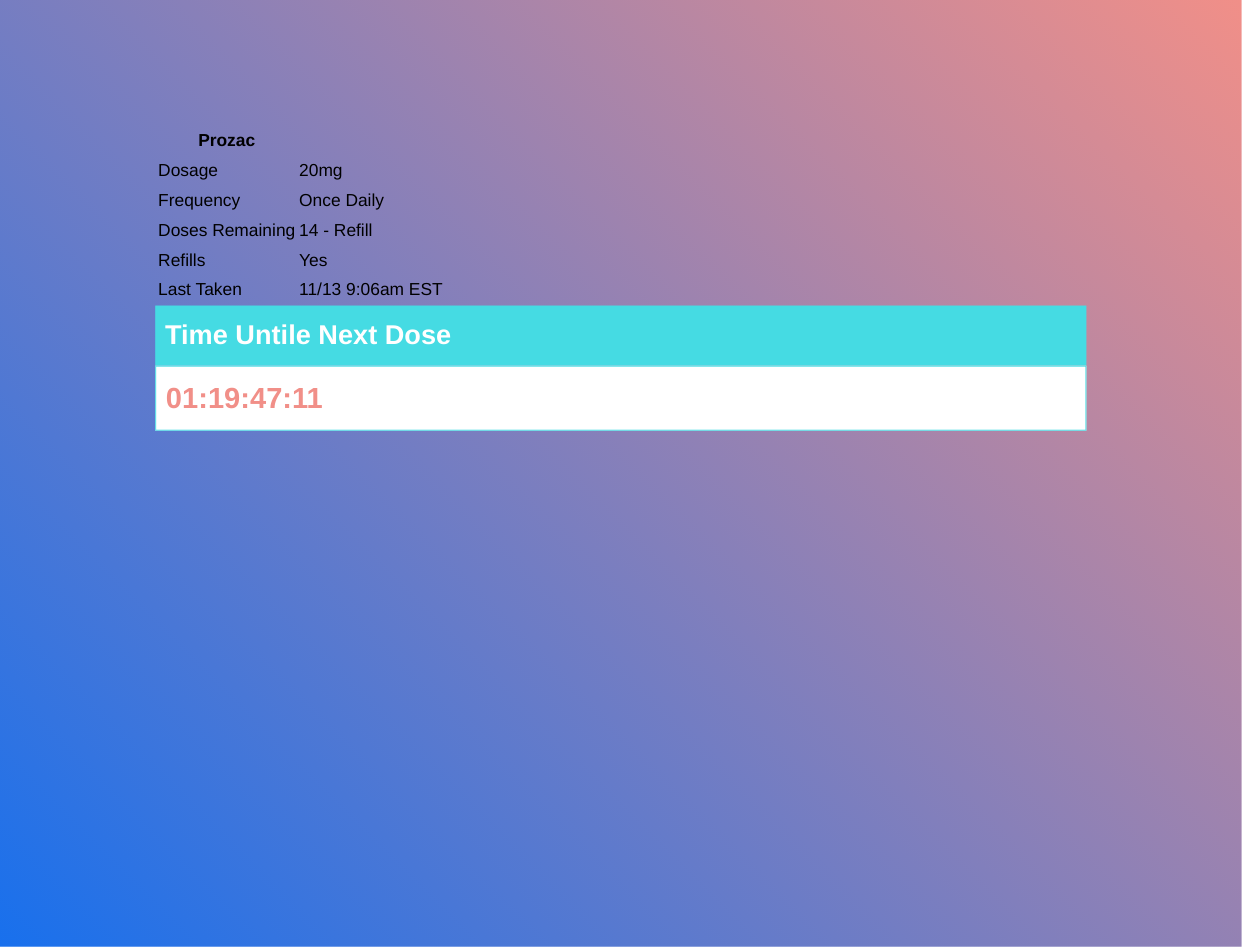
Repository: TheRobotCarlson/MedCheck
Page: workspace/ProzacDoc.html
The author's editor kept a record of every edit. The page is drawn from the files as they stood at one moment, then again after the next edit.
The browser window is 1280 px wide. The pictures show the whole page, at 97% of full size.
Some web libraries are served in a nearby version.

Above is the page before.

After the next edit:
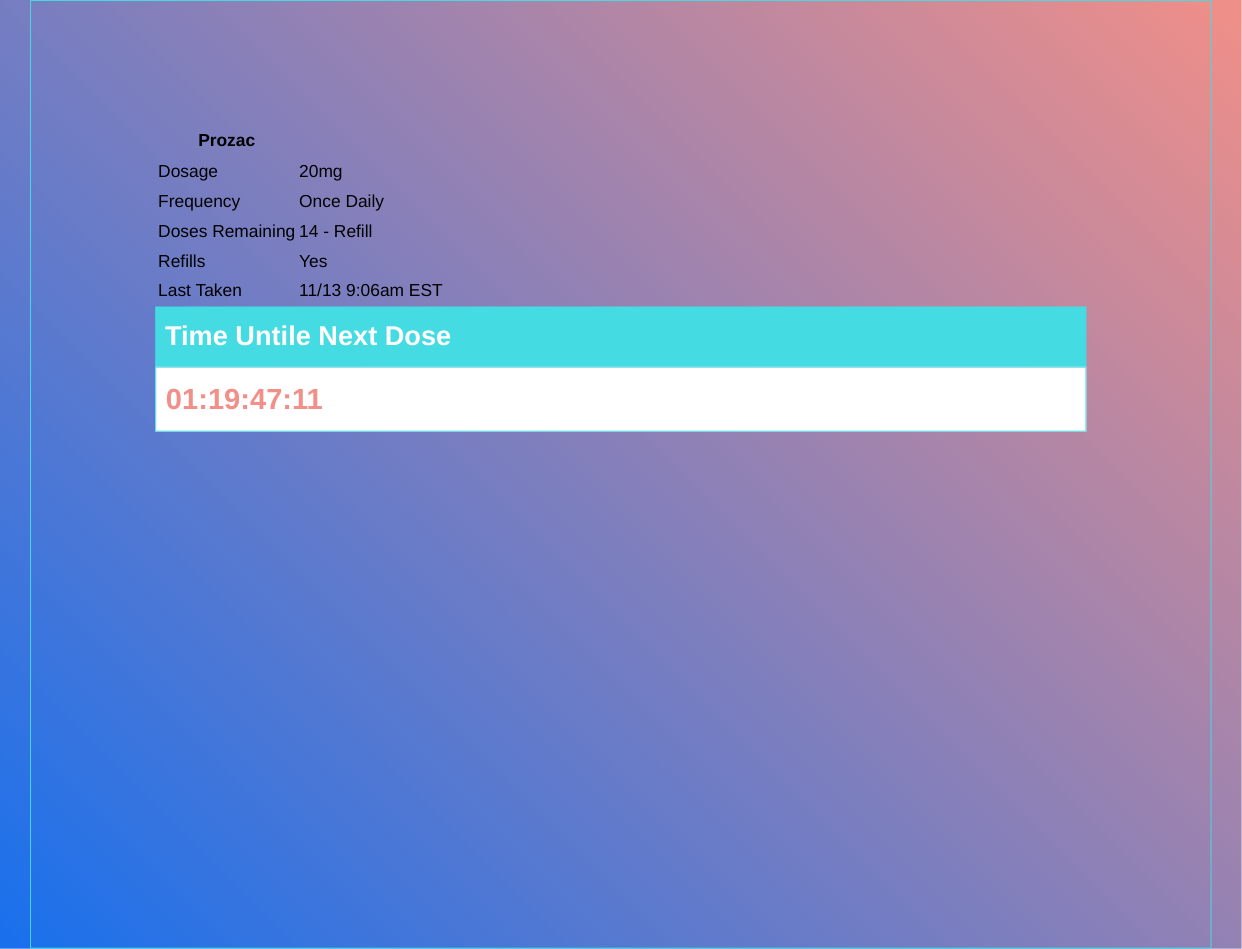
The edit:
--- a/workspace/medcheck.css
+++ b/workspace/medcheck.css
@@ -65,6 +65,7 @@
   max-width: 60rem;
   margin: 0 auto;
   font-size: 112%;
+  border: 1px solid #45DBE3;
 
 }
 
